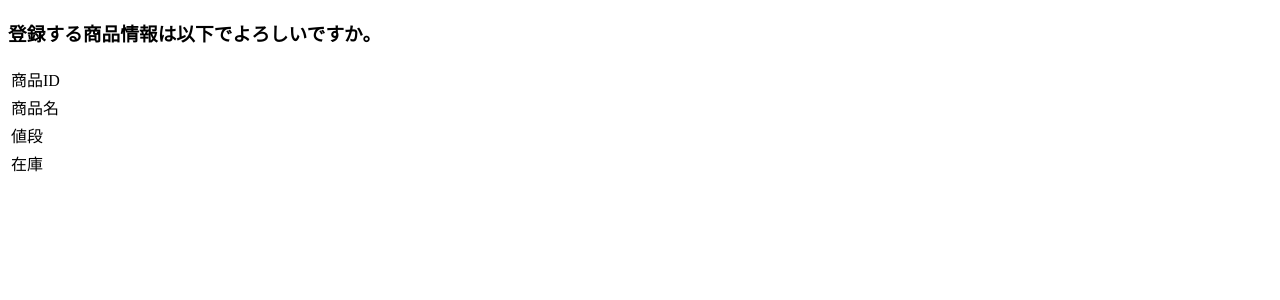
Repository: sachiyuki/java
Page: http://localhost/AdminLogin/itemEditConfirm.jsp
An editor plug-in stored every save of this project. The page is shown before and after the next save, followed by the edit.
The browser window is 1280 px wide. The pictures show the whole page.
The page is served by Tomcat 9. Other server files are loaded and not shown.

Above is the page before, as saved 2018-03-06 06:32:33.

### AdminLogin/WebContent/itemEditConfirm.jsp
<%@ page language="java" contentType="text/html; charset=UTF-8"
    pageEncoding="UTF-8"%>
    <%@ taglib prefix="s" uri="/struts-tags"%>
<!DOCTYPE html PUBLIC "-//W3C//DTD HTML 4.01 Transitional//EN" "http://www.w3.org/TR/html4/loose.dtd">
<html>
<head>
<meta http-equiv="Content-Type" content="text/html; charset=UTF-8">
<title>Insert title here</title>
</head>
<body>

<h3>登録する商品情報は以下でよろしいですか。</h3>
<s:form action="ItemEditCompleteAction">
<table>
<tr>
	<td>商品ID</td>
	<td><s:property value="id"/></td>
</tr><tr>
	<td>商品名</td>
	<td><s:property value="newName"/></td>
</tr><tr>
	<td>値段</td>
	<td><s:property value="newPrice"/></td>
</tr><tr>
	<td>在庫</td>
	<td><s:property value="newStock"/></td>
</tr>
</table>
</s:form>

</body>
</html>

After the next save:
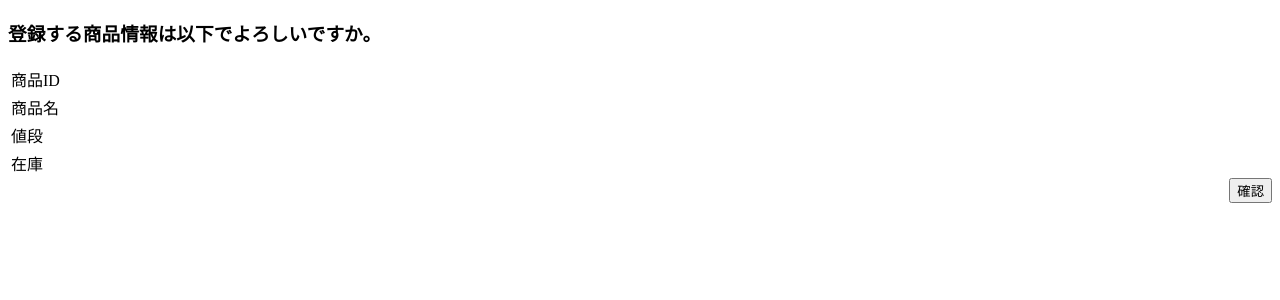
Saved 81 s later.
--- a/AdminLogin/WebContent/itemEditConfirm.jsp
+++ b/AdminLogin/WebContent/itemEditConfirm.jsp
@@ -26,6 +26,8 @@
 	<td><s:property value="newStock"/></td>
 </tr>
 </table>
+
+<s:submit value="確認"/>
 </s:form>
 
 </body>
